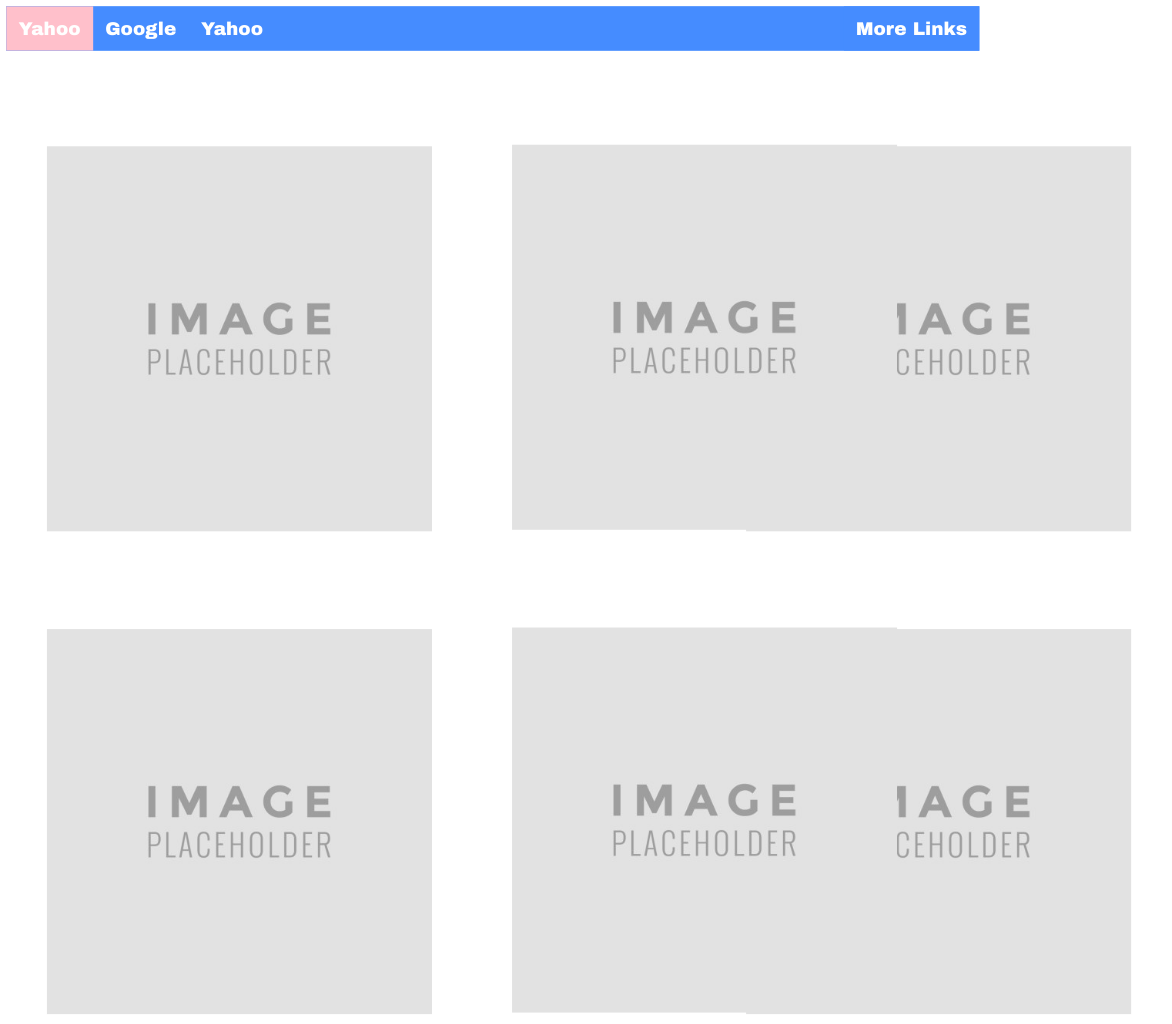
Repository: br4y/br4y.github.io
Page: index.html
The author's editor kept a record of every edit. The page is drawn from the files as they stood at one moment, then again after the next edit.
The browser window is 1280 px wide. The page is 1522 px wide, so the pictures cover 1522 px, including what lies to the right of the window. The pictures show the whole page, at 77% of full size.
The pointer rests on the first visible `.navbar a`.

Above is the page before.

After the next edit:
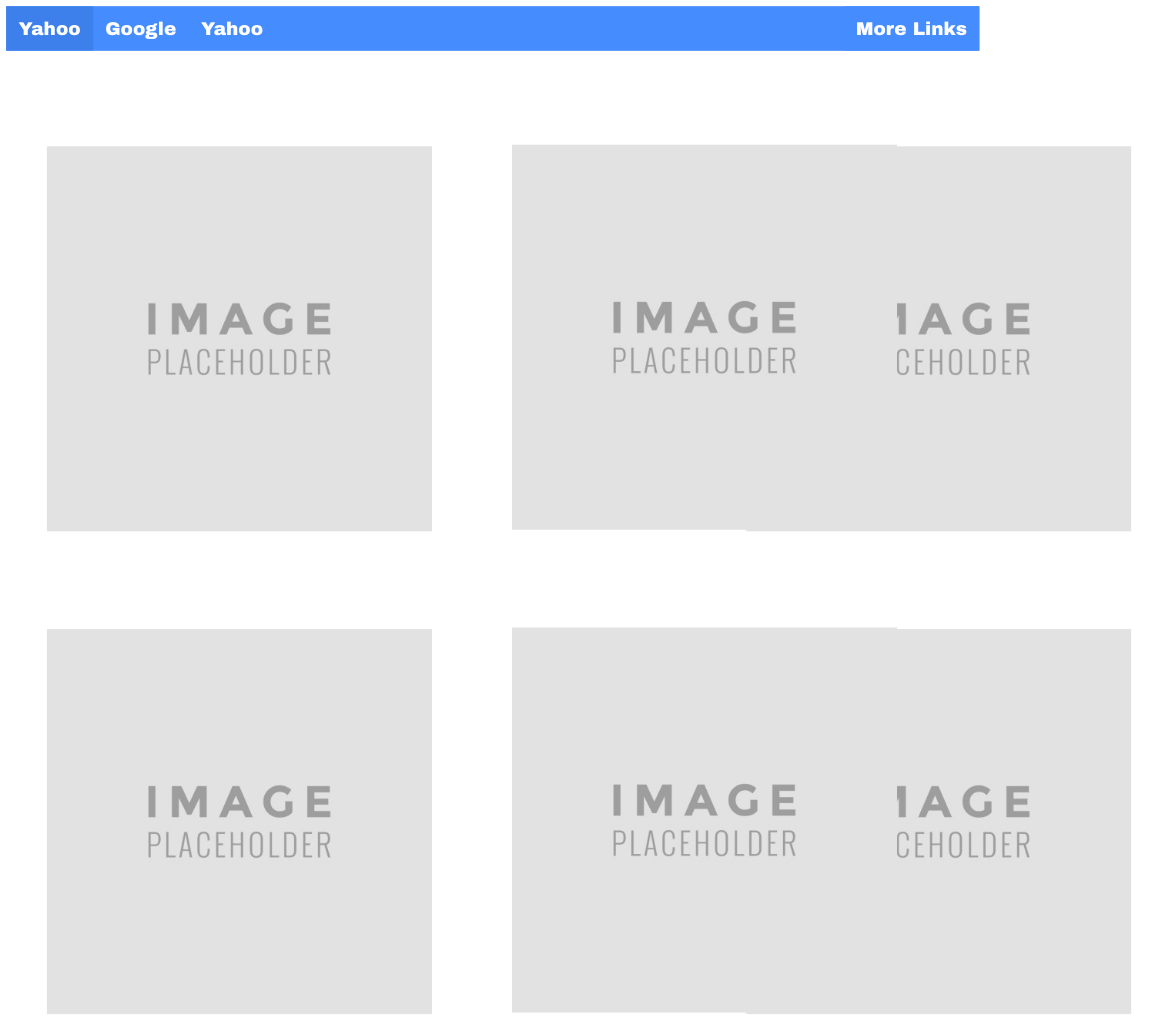
The edit:
--- a/StyleSheet.css
+++ b/StyleSheet.css
@@ -29,7 +29,7 @@
       }
 
       .navbar a:hover, .morelinks:hover {
-        background-color: pink;
+        background-color: #3d80eb;
       }
 
       .dropdown:hover .dropdown-content {
